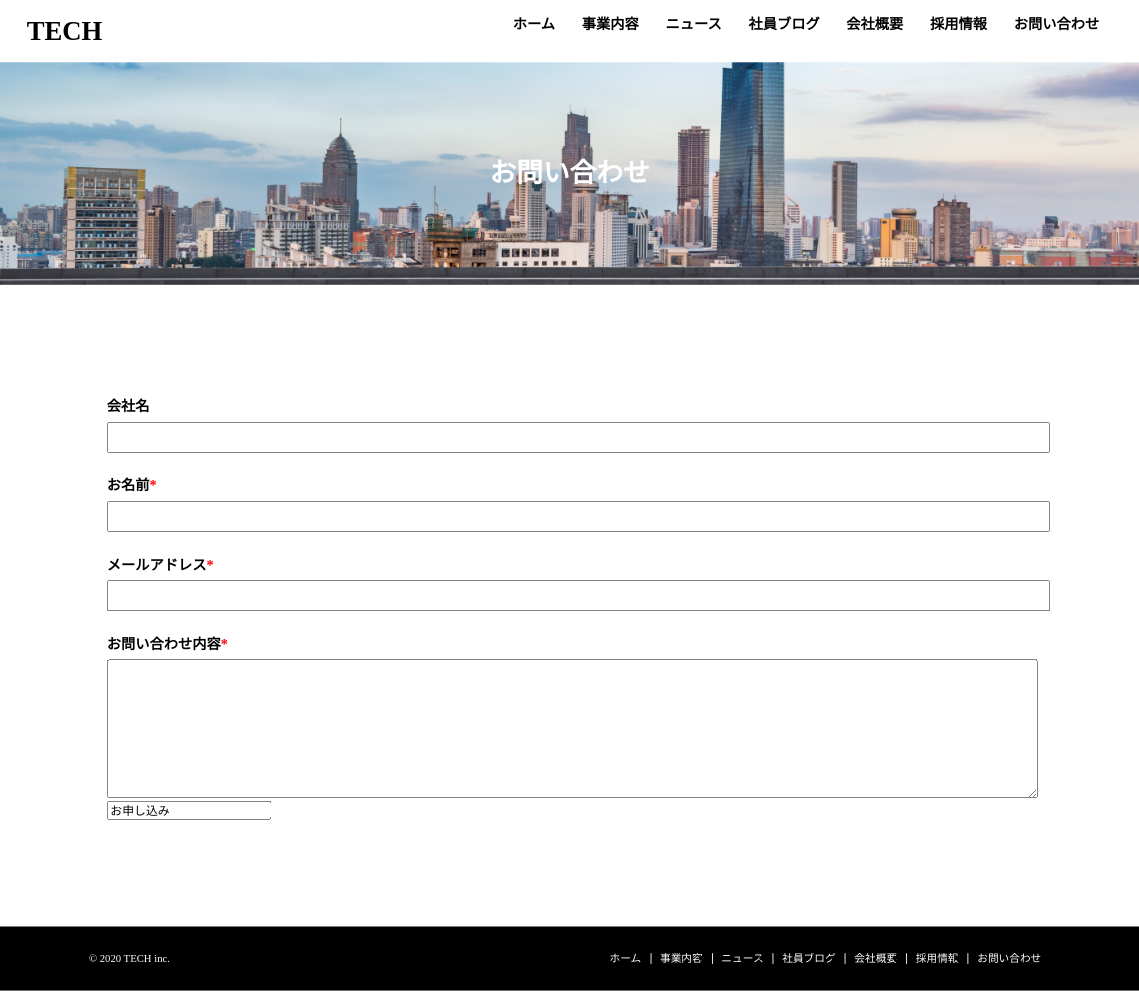
Repository: masanarimiura/20220516_miura
Page: contact.html
An editor plug-in stored every save of this project. The page is shown before and after a run of saves, followed by the edit.
The browser window is 1280 px wide. The pictures show the whole page, at 89% of full size.

Above is the page before, as saved 2022-05-14 01:14:50.

### contact.html
<!DOCTYPE html>
<html lang="ja">

<head>
  <meta charset="UTF-8">
  <meta http-equiv="X-UA-Compatible" content="IE=edge">
  <meta name="viewport" content="width=device-width, initial-scale=1.0">
  <title>Document</title>
  <link rel="stylesheet" href="css/reset.css">
  <link rel="stylesheet" href="css/contact.css">
</head>

<body>
  <header class="header">
    <h2 class="header__ttl">TECH</h2>
    <nav class="header__nav">
      <ul>
        <li><a href="" class="header__nav__item1">ホーム</a></li>
        <li><a href="" class="header__nav__item2">事業内容</a></li>
        <li><a href="" class="header__nav__item3">ニュース</a></li>
        <li><a href="" class="header__nav__item4">社員ブログ</a></li>
        <li><a href="" class="header__nav__item5">会社概要</a></li>
        <li><a href="" class="header__nav__item6">採用情報</a></li>
        <li><a href="" class="header__nav__item7">お問い合わせ</a></li>
      </ul>
    </nav>
  </header>

  <div class="eyecatch">
    <h2 class="eyecatch__ttl">お問い合わせ</h2>
  </div>

  <div class="form">
    <form action="" class="" method="post">
      <div class="form-item">
        <p class="form-item-label">会社名</p>
        <input type="text" name="company" class="form-item-input">
      </div>
      <div class="form-item">
        <p class="form-item-label">お名前<span>*</span></p>
        <input type="text" name="name" class="form-item-input">
      </div>
      <div class="form-item">
        <p class="form-item-label">メールアドレス<span>*</span></p>
        <input type="text" name="email" class="form-item-input">
      </div>
      <div class="form-item">
        <p class="form-item-label">お問い合わせ内容<span>*</span></p>
        <textarea name="" class="textarea" cols="" rows="10"></textarea>
      </div>
      <input type="text" class="form-btn" value="お申し込み">
    </form>
  </div>

  <footer class="footer">
    <div class="footer__copy">&copy; 2020 TECH inc.</div>
    <ul class="footer__nav">
      <li><a href="" class="footer__nav__item">ホーム</a></li>
      <li><a href="" class="footer__nav__item">事業内容</a></li>
      <li><a href="" class="footer__nav__item">ニュース</a></li>
      <li><a href="" class="footer__nav__item">社員ブログ</a></li>
      <li><a href="" class="footer__nav__item">会社概要</a></li>
      <li><a href="" class="footer__nav__item">採用情報</a></li>
      <li><a href="" class="footer__nav__item nonborder">お問い合わせ</a></li>
    </ul>
  </footer>

  <script src="js/main.js"></script>
</body>

</html>

### css/reset.css
/*
html5doctor.com Reset Stylesheet
v1.6.1
Last Updated: 2010-09-17
Author: Richard Clark - http://richclarkdesign.com
Twitter: @rich_clark
*/
html,
body,
div,
span,
object,
iframe,
h1,
h2,
h3,
h4,
h5,
h6,
p,
blockquote,
pre,
abbr,
address,
cite,
code,
del,
dfn,
em,
img,
ins,
kbd,
q,
samp,
small,
strong,
sub,
sup,
var,
b,
i,
dl,
dt,
dd,
ol,
ul,
li,
fieldset,
form,
label,
legend,
table,
caption,
tbody,
tfoot,
thead,
tr,
th,
td,
article,
aside,
canvas,
details,
figcaption,
figure,
footer,
header,
hgroup,
menu,
nav,
section,
summary,
time,
mark,
audio,
video {
  margin: 0;
  padding: 0;
  border: 0;
  outline: 0;
  font-size: 100%;
  vertical-align: baseline;
  background: transparent;
}

body {
  line-height: 1;
}

article,
aside,
details,
figcaption,
figure,
footer,
header,
hgroup,
menu,
nav,
section {
  display: block;
}

nav ul {
  list-style: none;
}

blockquote,
q {
  quotes: none;
}

blockquote:before,
blockquote:after,
q:before,
q:after {
  content: "";
  content: none;
}

a {
  margin: 0;
  padding: 0;
  font-size: 100%;
  vertical-align: baseline;
  background: transparent;
}

/* change colours to suit your needs */
ins {
  background-color: #ff9;
  color: #000;
  text-decoration: none;
}

/* change colours to suit your needs */
mark {
  background-color: #ff9;
  color: #000;
  font-style: italic;
  font-weight: bold;
}

del {
  text-decoration: line-through;
}

abbr[title],
dfn[title] {
  border-bottom: 1px dotted;
  cursor: help;
}

table {
  border-collapse: collapse;
  border-spacing: 0;
}

/* change border colour to suit your needs */
hr {
  display: block;
  height: 1px;
  border: 0;
  border-top: 1px solid #cccccc;
  margin: 1em 0;
  padding: 0;
}

input,
select {
  vertical-align: middle;
}

### css/contact.css
h2 {
  font-size: 30px;
  font-weight: bold;
}
h3 {
  font-size: 20px;
  font-weight: bold;
  line-height: 1.5;
}
a {
  text-decoration: none;
}
p {
  line-height: 1.5;
}
.button {
  display: block;
  text-align: center;
  color: #fff;
  font-size: 18px;
  font-weight: bold;
  background-color: rgb(160, 5, 5);
  width: 350px;
  padding: 12px;
}

.header {
  display: flex;
  justify-content: space-between;
  text-align: center;
  padding: 20px 30px;
  position: sticky;
  top: 0;
  background-color: #fff;
  z-index: 1;
}
.header__nav ul {
  display: flex;
  justify-content: space-between;
}
.header__nav ul li {
  padding: 0 15px;
  font-size: 16px;
  font-weight: bold;
}
.header__nav ul li a {
  color: #000;
}

.eyecatch {
  background: url(../img/mv.png) center/cover;
  height: 250px;
  display: flex;
  justify-content: center;
  align-items: center;
}
.eyecatch__ttl {
  color: #fff;
}

.form {
  margin: 120px;
}
.from-itme {
  width: 100%;
}
.form-item-label {
  font-weight: bold;
  padding: 5px 0;
}
.form-item-label span {
  color: red;
}
.form-item-input {
  width: 100%;
  margin-bottom: 20px;
  padding: 8px;
}
.textarea {
  width: 100%;
}
.form-btn {
  m40-
}

.contact {
  margin-top: 80px;
  background: rgb(233, 233, 233);
  height: 300px;
  display: flex;
  justify-content: center;
  align-items: center;
}
.contact__inner {
  text-align: center;
}
.contact__txt {
  margin-top: 50px;
}
.contact__link {
  margin: 30px auto 0;
}

.footer {
  background: #000;
  display: flex;
  align-items: center;
  justify-content: space-between;
  padding: 20px 100px;
}
.footer__copy {
  font-size: 12px;
  color: #fff;
}
.footer__nav {
  display: flex;
}
.footer__nav__item {
  display: inline-block;
  margin: 10px 0;
  color: #fff;
  font-size: 12px;
  padding: 0 10px;
  border-right: #fff 1px solid;
}
.nonborder {
  border: none;
}

Loaded but not shown: js/main.js (no copy from this time; the picture is the same without it)

After the next 3 saves:
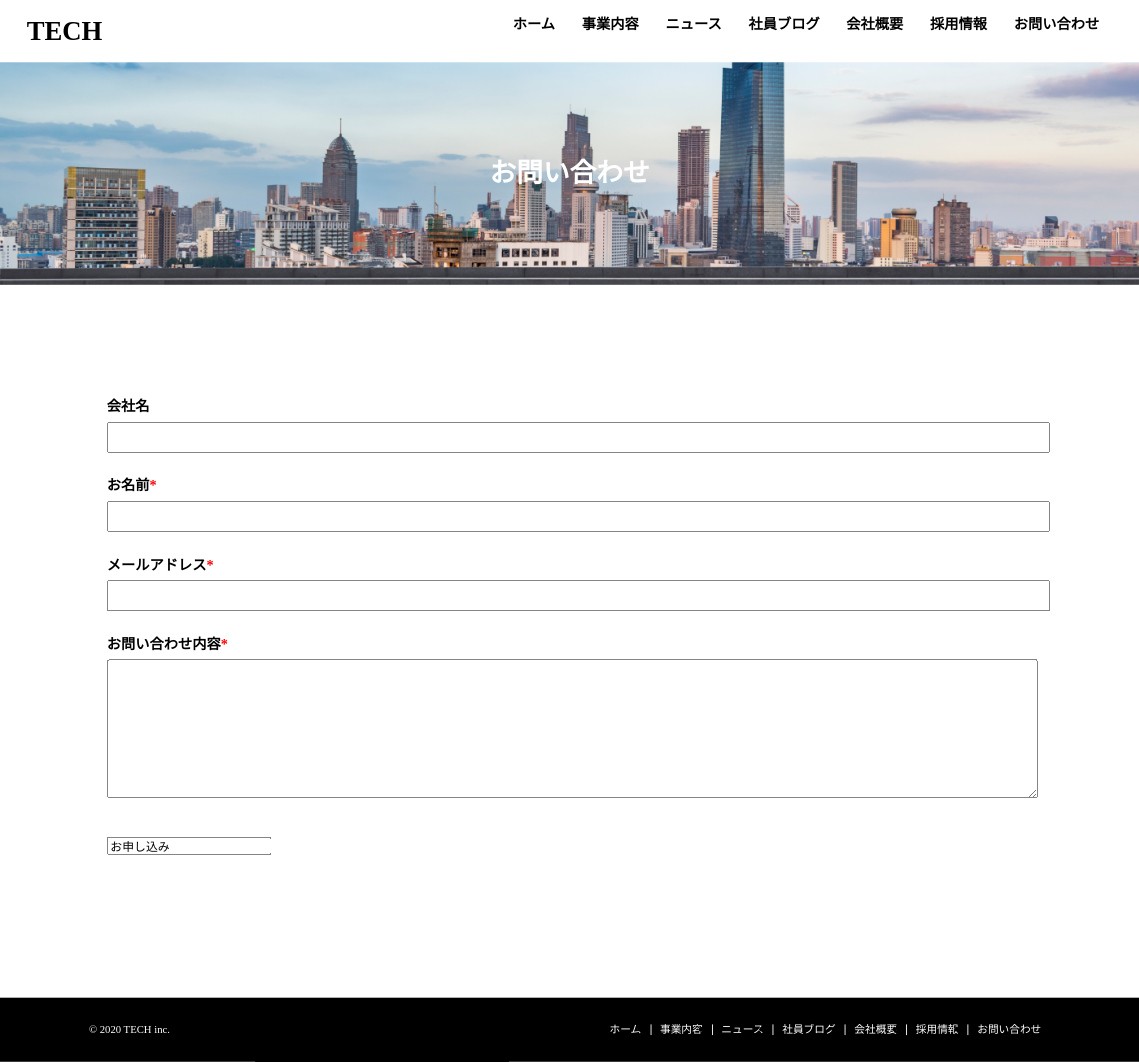
The 3 saves are shown as one change because they came seconds apart.
The last was saved 5 s later.
--- a/css/contact.css
+++ b/css/contact.css
@@ -80,7 +80,7 @@ p {
   width: 100%;
 }
 .form-btn {
-  m40-
+  margin: 40px auto;
 }
 
 .contact {
